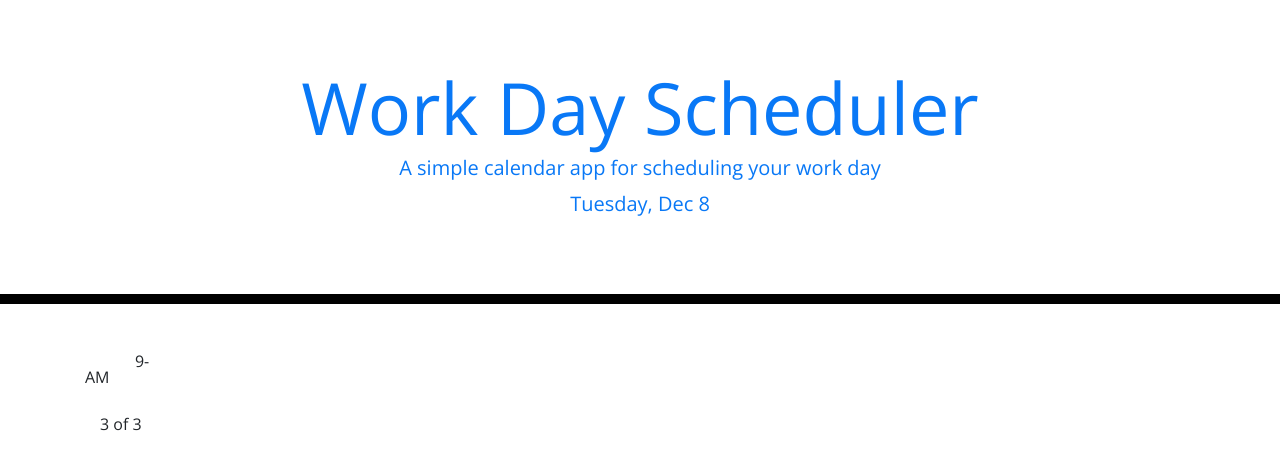
Repository: Mf948/DailyPlannerJS
Page: Develop/index.html
The author's editor kept a copy of each file at every save. The page is drawn from the files as they stood at one save, then again after the next save.
The browser window is 1280 px wide. The pictures show the whole page.
Some web libraries are served in a nearby version.

Above is the page before, as saved 2020-12-09 17:02:02.

### Develop/index.html
<!DOCTYPE html>
<html lang="en">
  <head>
    <meta charset="UTF-8" />
    <meta name="viewport" content="width=device-width, initial-scale=1.0" />
    <meta http-equiv="X-UA-Compatible" content="ie=edge" />
    <link
      rel="stylesheet"
      href="https://stackpath.bootstrapcdn.com/bootstrap/4.3.1/css/bootstrap.min.css"
    />
    <link
      rel="stylesheet"
      href="https://use.fontawesome.com/releases/v5.8.1/css/all.css"
      integrity="sha384-50oBUHEmvpQ+1lW4y57PTFmhCaXp0ML5d60M1M7uH2+nqUivzIebhndOJK28anvf"
      crossorigin="anonymous"
    />
    <link
      href="https://fonts.googleapis.com/css?family=Open+Sans&display=swap"
      rel="stylesheet"
    />
    <link rel="stylesheet" href="style.css" />

    <title>Work Day Scheduler</title>
  </head>

  <body>
    <header class="jumbotron">
      <h1 class="display-3">Work Day Scheduler</h1>
      <p class="lead">A simple calendar app for scheduling your work day</p>
      <p id="currentDay" class="lead"></p>
    </header>
    <div class="container">
      <!-- Timeblocks go here -->
        <div class="row">
          <div class="col-1">
            9-AM
          </div>
          <text class="col-10">

          </div>
          <div class="col-1">
            3 of 3
          </div>
        </div>



    </div>
    <script src="https://unpkg.com/dayjs@1.8.21/dayjs.min.js"></script>
    <script src="https://unpkg.com/dayjs@1.8.21/dayjs.min.js"></script>
    <script src="https://cdnjs.cloudflare.com/ajax/libs/jquery/3.2.1/jquery.min.js"></script>
    <script src="https://cdnjs.cloudflare.com/ajax/libs/moment.js/2.24.0/moment.min.js"></script>
    <script src = "script.js"></script>
  </body>
</html>

### Develop/style.css
body {
  font-family: 'Open Sans', sans-serif;
  font-size: 16px;
  line-height: 1;
}

textarea{
  background: transparent;
  border: none;
  resize: none;
  color: #000000;
  border-left: 1px solid black;
  padding: 10px;
}

.jumbotron {
  text-align: center;
  background-color: transparent;
  color: rgb(9, 120, 246);
  border-radius: 0;
  border-bottom: 10px solid black;
}

.description{
  white-space: pre-wrap;
}

.time-block{
  text-align: center;
  border-radius: 15px;
}

.row {
  white-space: pre-wrap;
  height: 80px;
  border-top: 1px solid white;;
}

.hour {
  background-color: #df1212;
  color: #000000;
  border-top: 1px dashed #000000;
}

.past {
  background-color: #d3d3d3;
  color: white;
}

.present {
  background-color: #ff6961;
  color: white;
}

.future {
  background-color: #77dd77;
  color: white;
}

.saveBtn {
  border-left: 1px solid black;
  border-top-right-radius: 15px;
  border-bottom-right-radius: 15px;
  background-color: #06AED5;
  color: white;
}

.saveBtn i:hover {
  font-size: 20px;
  transition: all .3s ease-in-out;
}

### Develop/script.js

 $(document).ready(function() {
    // currentDay
    $("#currentDay").text(dayjs().format('dddd, MMM D'))
 })

After the next save:
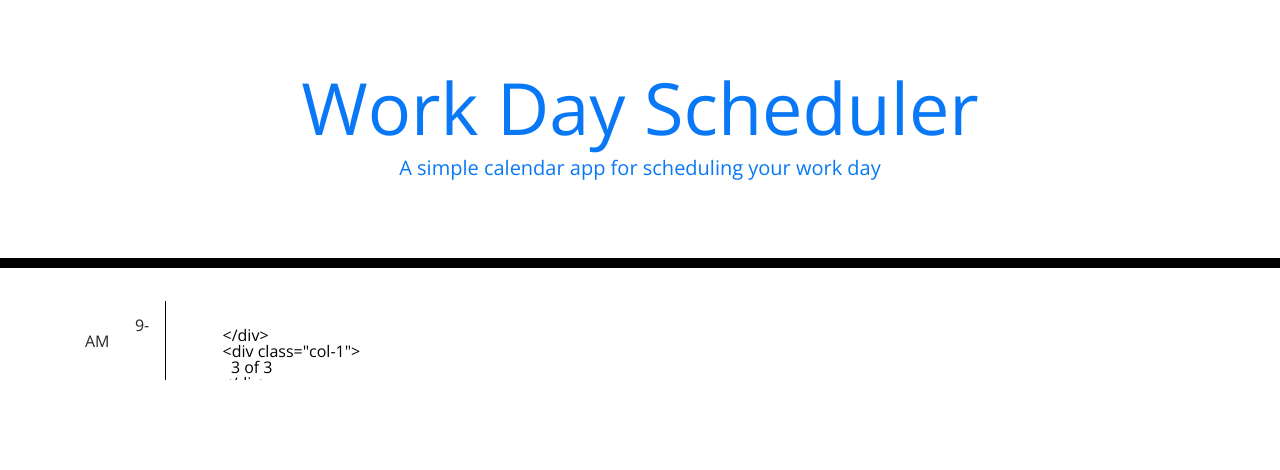
Saved 6 s later.
--- a/Develop/index.html
+++ b/Develop/index.html
@@ -35,7 +35,7 @@
           <div class="col-1">
             9-AM
           </div>
-          <text class="col-10">
+          <textarea class="col-10">
 
           </div>
           <div class="col-1">

After the save that followed:
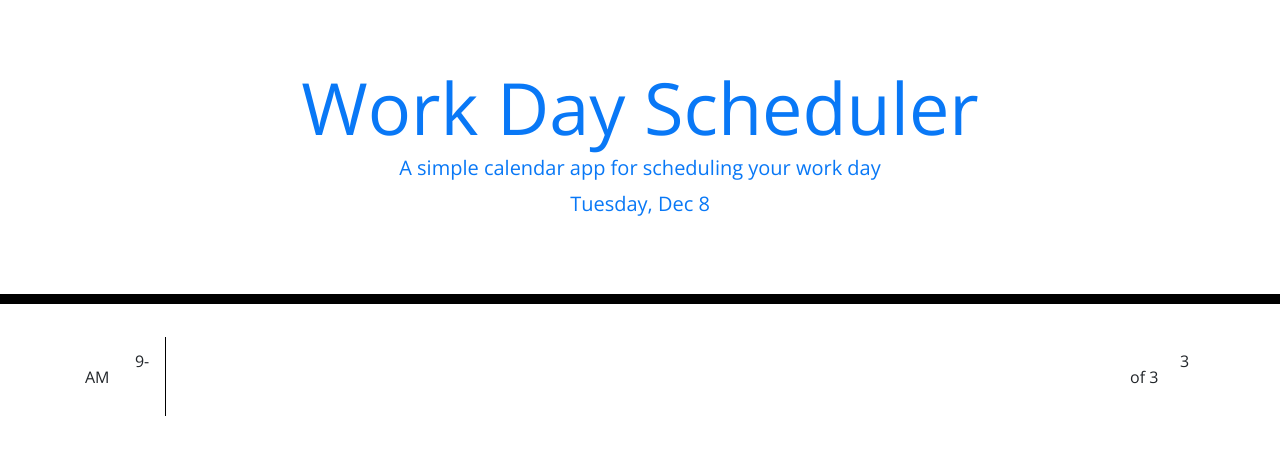
Saved 7 s later.
--- a/Develop/index.html
+++ b/Develop/index.html
@@ -37,7 +37,7 @@
           </div>
           <textarea class="col-10">
 
-          </div>
+          </textarea>
           <div class="col-1">
             3 of 3
           </div>
